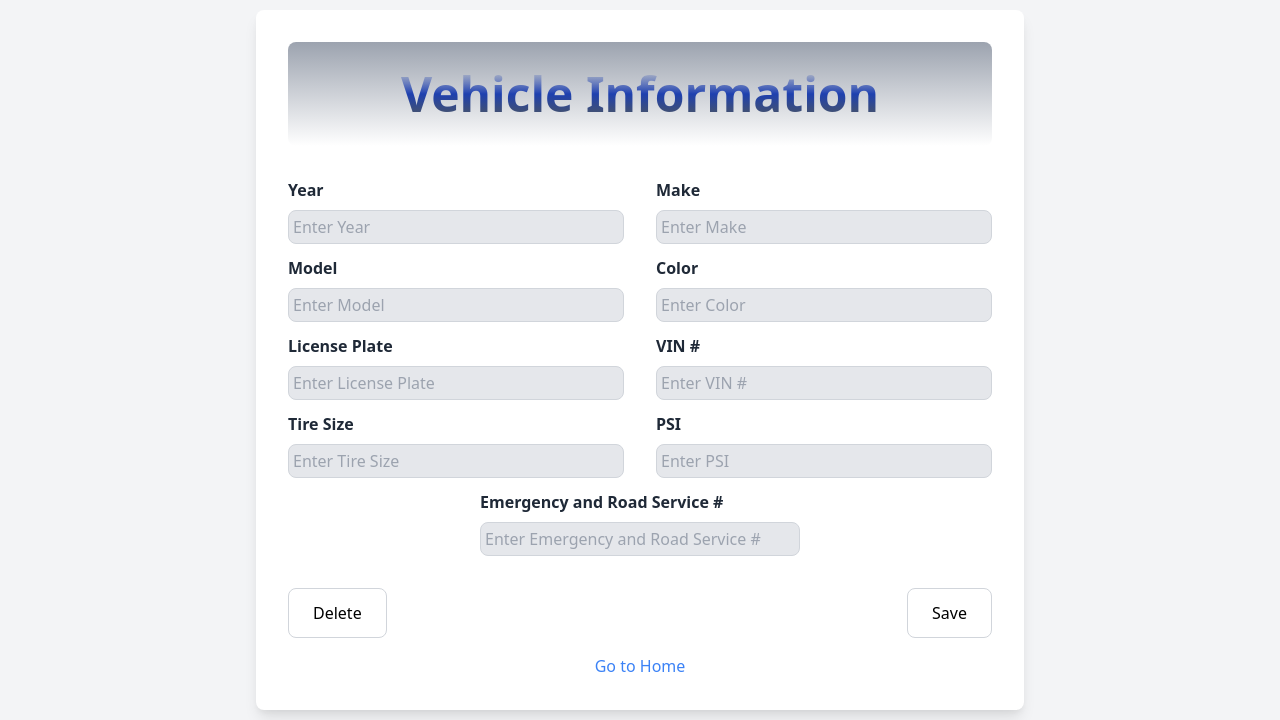
Repository: MercyB19/Russaw_Mercy_Adulting-101_Capstone
Page: page3.html
An editor plug-in stored every save of this project. The page is shown before and after the next save, followed by the edit.
The browser window is 1280 px wide. The pictures show the whole page.
Some web fonts or font styles are not loaded; a fallback is used.

Above is the page before, as saved 2024-07-24 01:35:25.

After the next save:
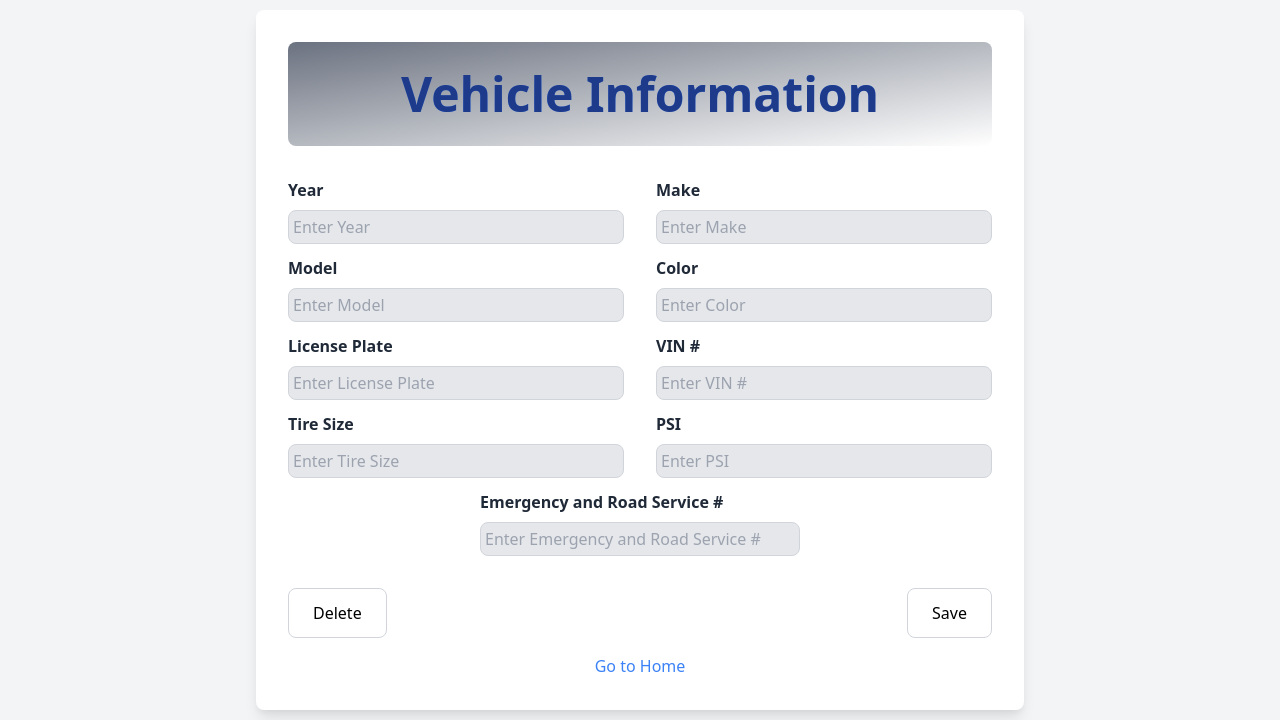
Saved 6 min 24 s later.
--- a/page3.html
+++ b/page3.html
@@ -13,8 +13,8 @@
 
 <body class="bg-gray-100 flex justify-center items-center min-h-screen">
   <div class="w-full max-w-screen-md bg-white rounded-lg shadow-lg p-8">
-    <header class="bg-gradient-to-b from-gray-400 p-7 rounded-lg text-center mb-8">
-      <div class="text-5xl font-bold text-teal-800 bg-gradient-to-t from-gray-600 via-blue-800 to-teal-800 bg-clip-text text-transparent">
+    <header class="bg-gradient-to-br from-gray-500 p-7 rounded-lg text-center mb-8">
+      <div class="text-5xl font-bold text-blue-900 bg-gradient-to-tl from-gray-100 via-blue-500 to-gray-300 bg-clip-text text-transparent">
         Vehicle Information
       </div>
     </header>
